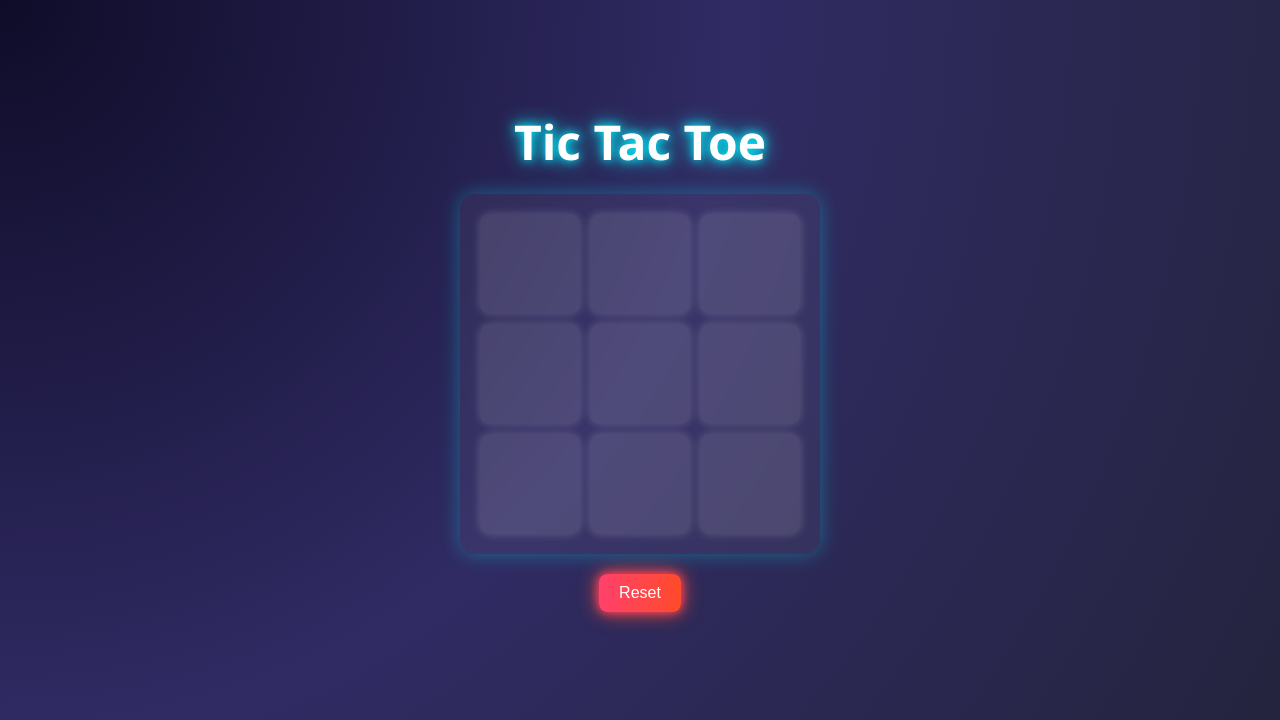
Repository: AreezAnsari/Tic-Tac-Toe
Page: Game/Game.html
These files come from the project's save history. The page is drawn as it stood at one moment and after the next save; the edit follows.
The browser window is 1280 px wide. The pictures show the whole page.

Above is the page before, as saved 2025-06-02 12:43:44.
Console error: TypeError: box.addEventListener is not a function

After the next save:
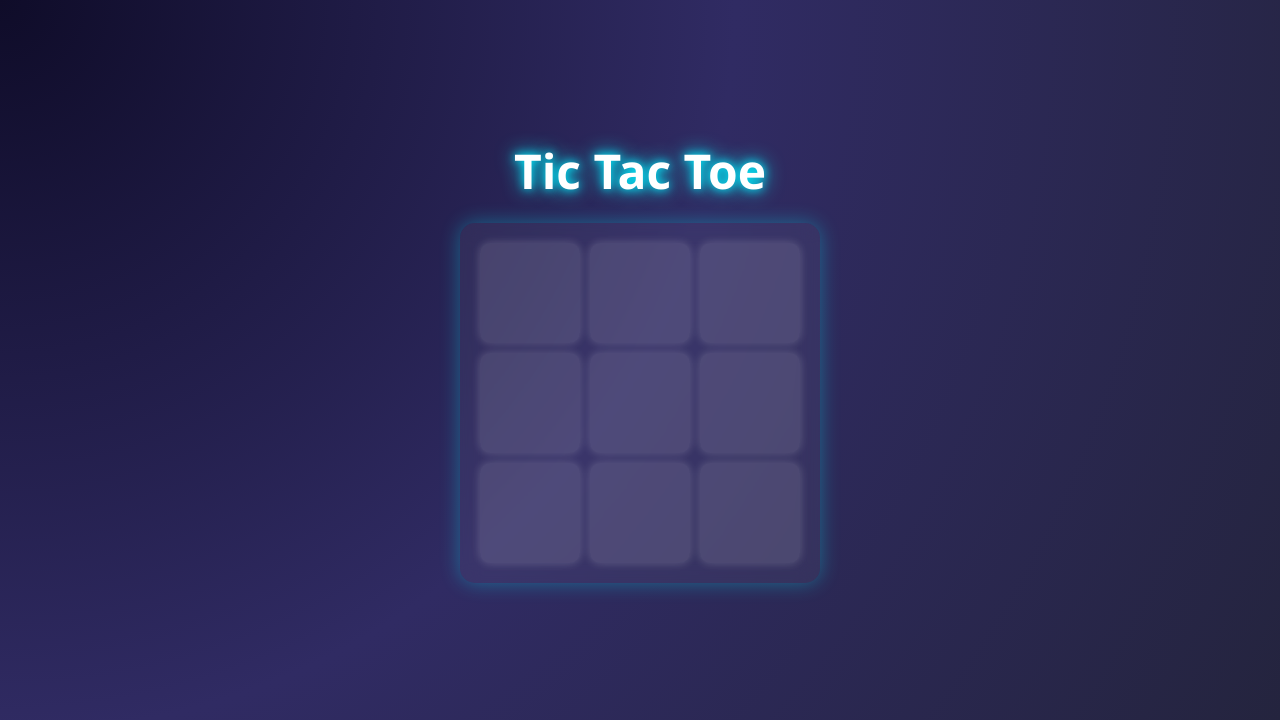
Saved 21 s later.
--- a/Game/Game.html
+++ b/Game/Game.html
@@ -7,6 +7,7 @@
     <link rel="stylesheet" href="Game.css">
 </head>
 <body>
+    <div class="line" id="win-line"></div>
     <div class="msg-container hide">
         <p class="msg">Winner</p>
         <button class="new-btn">New Game</button>
@@ -26,7 +27,7 @@
         <button class="box"></button>
         </div>
         </div>
-        <button class="reset-btn">Reset</button>
+        <button class="reset-btn hide">Reset</button>
     </main>
     <script src="Game.js"></script>
 </body>
